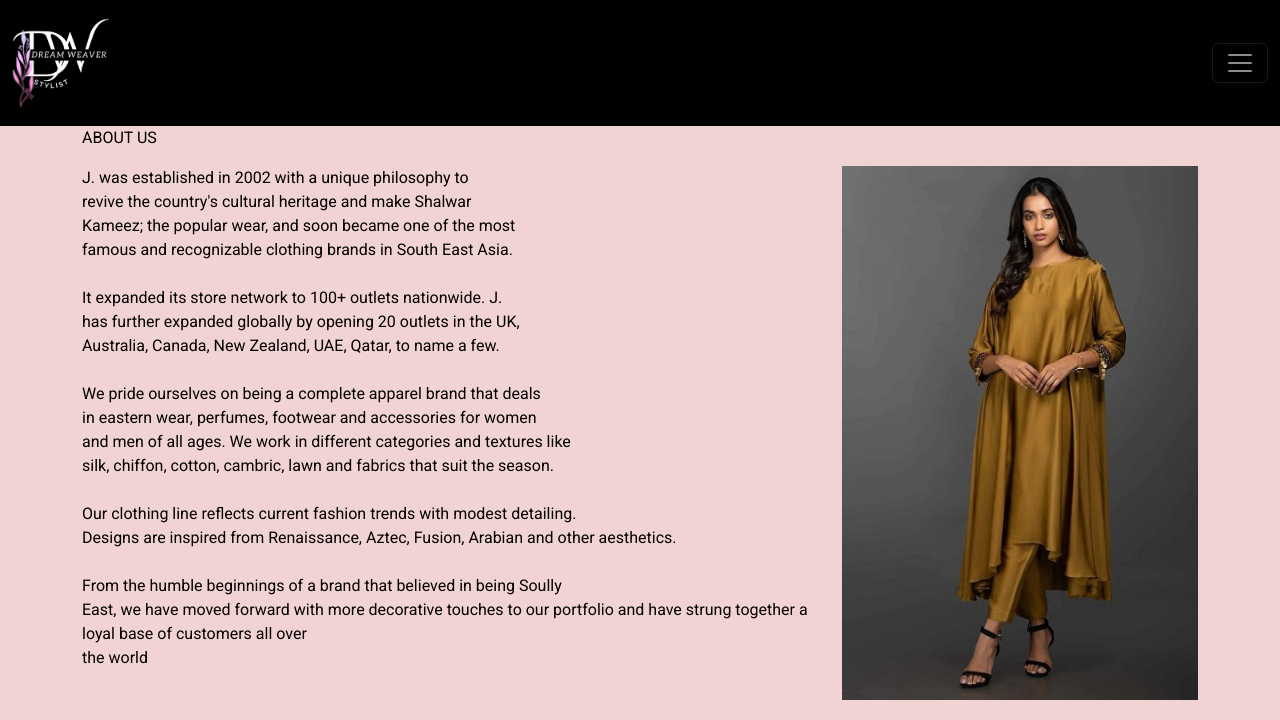
Repository: laibaashraf90/dreamweaver
Page: Source Code/detail.html
An editor plug-in stored every save of this project. The page is shown before and after the next save, followed by the edit.
The browser window is 1280 px wide. The pictures show the whole page.

Above is the page before, as saved 2022-10-29 17:26:02.
Console error: TypeError: Cannot set properties of null (setting 'innerHTML')

### Source Code/detail.html
<!DOCTYPE html>
<html lang="en">
  <head>
    <meta charset="UTF-8">
    <meta http-equiv="X-UA-Compatible" content="IE=edge">
    <meta name="viewport" content="width=device-width, initial-scale=1.0">
    <title>Document</title>
    <link rel="stylesheet" href="./bootstrap-5.2.2-dist/css/bootstrap.min.css">
    <link rel="stylesheet"
      href="https://cdnjs.cloudflare.com/ajax/libs/font-awesome/6.2.0/css/all.min.css">
    <link rel="stylesheet" href="style.css">
  </head>
  <body>
    <!-- Swiper Style start -->

    <!-- Demo styles -->
    <style>
      *{
        margin: 0;
        padding: 0;
      }
       html,

    body {
      position: relative;
      /* height: 100%; */
    }

    body {
      background: #f2d3d3;
      font-family: Helvetica Neue, Helvetica, Arial, sans-serif;
      /* font-size: 14px; */
      color: black;
      margin: 0;
      padding: 0;
    }

    .card {
      color: white;
      font-weight: bold;
      text-align: center;
    }

    .png {
      width: 100px;
      height: 100px;
      margin-bottom: 60%;
    }
 h1{
  background-color: #0B3F32;
    font-size: 30px;
    text-align: center;
    align-items: baseline;
    height: 40px;
    color: aliceblue;
    margin-top: 50px;
    margin-left: 130px;
    width: 50%;
    font-family: Cambria, Cochin, Georgia, Times, 'Times New Roman', serif;
 }
 /* .picdiv{
  background-color: #f2d3d3;
  margin-top: 60px;
  margin-left: 550px;
margin-bottom: 10px;
 } */
    </style>
    <!-- Nav Bar Start -->
    <nav></nav>
    <!-- Nav Bar End -->

    <div class="container">
      <p>ABOUT US <br></p>

      <div class="row">
        <div class="col-sm-8 m-0">
          <p class="m-0">J. was established in 2002 with a unique philosophy to<br>
            revive
            the country's cultural heritage and make
            Shalwar<br>Kameez; the popular wear, and soon became one of the most<br>famous
            and recognizable clothing
            brands in South East Asia.
            <br>
            <br>
            It expanded its store network to 100+ outlets nationwide. J.<br>has
            further expanded globally by opening 20
            outlets in the UK,<br>Australia, Canada, New Zealand, UAE, Qatar, to
            name a few.
            <br>
            <br>
            We pride ourselves on being a complete apparel brand that deals<br>in
            eastern wear, perfumes, footwear and
            accessories for women<br>and men of all ages. We work in different
            categories and textures like<br>silk,
            chiffon, cotton, cambric, lawn and fabrics that suit the season.
            <br>
            <br>
            Our clothing line reflects current fashion trends with modest
            detailing.<br>Designs are inspired from
            Renaissance, Aztec, Fusion, Arabian and other aesthetics.
            <br>
            <br>
            From the humble beginnings of a brand that believed in being Soully<br>East,
            we have moved forward with
            more decorative touches to our portfolio and have strung together a
            loyal base of customers all over<br>the
            world
          </p>
        </div>
        <div class="col-sm-4">
          <img style="width: 100%;" src="./imges/s1.jpg" alt="">
        </div>
      </div>
    </div>



    <!-- <div class="con">
      <div class="para">
        <h1>ABOUT US <br></h1>
        <h2>J. was established in 2002 with a unique philosophy to<br> revive
          the country's cultural heritage and make
          Shalwar<br>Kameez; the popular wear, and soon became one of the most<br>famous
          and recognizable clothing
          brands in South East Asia.
          <br>
          <br>
          It expanded its store network to 100+ outlets nationwide. J.<br>has
          further expanded globally by opening 20
          outlets in the UK,<br>Australia, Canada, New Zealand, UAE, Qatar, to
          name a few.
          <br>
          <br>
          We pride ourselves on being a complete apparel brand that deals<br>in
          eastern wear, perfumes, footwear and
          accessories for women<br>and men of all ages. We work in different
          categories and textures like<br>silk,
          chiffon, cotton, cambric, lawn and fabrics that suit the season.
          <br>
          <br>
          Our clothing line reflects current fashion trends with modest
          detailing.<br>Designs are inspired from
          Renaissance, Aztec, Fusion, Arabian and other aesthetics.
          <br>
          <br>
          From the humble beginnings of a brand that believed in being Soully<br>East,
          we have moved forward with
          more decorative touches to our portfolio and have strung together a
          loyal base of customers all over<br>the
          world
        </h2>
      </div>
      <div class="silk">
        <img src="./imges/s1.jpg" alt="">
      </div>
    </div> -->
    <!-- <div class="smallcard">
      <div class="div1"><img src="./imges/t1.jpg" alt=""></div>
      <div class="picdiv"><img src="./imges/t6.jpg" alt=""></div>
      <div class="div2"><img src="./imges/t2.jpg" alt=""></div>
      <div class="div3"><img src="./imges/thread.jpg" alt=""></div>
      <div class="div4"><img src="./imges/t4.jpg" alt=""></div>
      <div class="div5"><img src="./imges/t3.jpg" alt=""></div>
    </div> -->
    <!-- Footer Start -->
    <!-- <footer></footer> -->
    <!-- Footer End -->
    <script src="./bootstrap-5.2.2-dist/js/bootstrap.min.js"></script>
    <script src="js/header.js"></script>
    <script src="js/footer.js"></script>
  </body>
</html>

### Source Code/style.css
@import url('https://fonts.googleapis.com/css2?family=Roboto&display=swap');
*{
    user-select: none;
    box-sizing: border-box;
    margin: 0;
    padding: 0;
    transition: all 0.3s ease;
    text-decoration: none !important;
    font-family: 'Roboto', sans-serif;
}
html{
    scroll-behavior: smooth;
}
body{
    background-color: rgb(245, 208, 214);
}
nav{
    background-color: black !important;
}
nav .logo{
    width: 100px;
}
nav .navbar-toggler:focus{
    box-shadow: none;
}
.nav1{
    background-color: #0B3F32;
    margin-top: 50px;
    font-size: 25px;
    text-align: center;
    align-items: baseline;
    height: 40px;
    color: aliceblue;
    margin-left: 20px;
    margin-right: 20px;
    font-family: Cambria, Cochin, Georgia, Times, 'Times New Roman', serif;
}
.nav2{
    background-color: #0B3F32;
    font-size: 25px;
    text-align: center;
    align-items: baseline;
    height: 40px;
    color: aliceblue;
    margin-top: 40px;
    margin-left: 20px;
    margin-right: 20px;
    font-family: Cambria, Cochin, Georgia, Times, 'Times New Roman', serif;

}
.nav3{
    background-color: #0B3F32;
    font-size: 25px;
    text-align: center;
    align-items: baseline;
    height: 40px;
    color: aliceblue;
    margin-top: 50px;
    margin-left: 20px;
    margin-right: 20px;
    font-family: Cambria, Cochin, Georgia, Times, 'Times New Roman', serif;
}
.nav4{
    background-color: #0B3F32;
    font-size: 25px;
    text-align: center;
    align-items: baseline;
    height: 40px;
    color: aliceblue;
    margin-top: 40px;
    margin-left: 20px;
    margin-right: 20px;
    font-family: Cambria, Cochin, Georgia, Times, 'Times New Roman', serif;
}
.nav5{
    background-color: #0B3F32;
    font-size: 25px;
    text-align: center;
    align-items: baseline;
    height: 40px;
    color: aliceblue;
    margin-top: 40px;
    margin-left: 20px;
    margin-right: 20px;
    font-family: Cambria, Cochin, Georgia, Times, 'Times New Roman', serif;
}
.nav6{
    background-color: #0B3F32;
    font-size: 25px;
    text-align: center;
    align-items: baseline;
    height: 40px;
    color: aliceblue;
    margin-top: 40px;
    margin-left: 20px;
    margin-right: 20px;
    font-family: Cambria, Cochin, Georgia, Times, 'Times New Roman', serif;
}
h5{
    color: black;
    font-size: 30px;
    font-weight: bolder;
    font-family: Cambria, Cochin, Georgia, Times, 'Times New Roman', serif;

}
.BTN1{
  font-size: large;
    background-color:#0B3F32;
    font-weight: bold;
    font-family:Cambria, Cochin, Georgia, Times, 'Times New Roman', serif;
}
.BTN2{
    background-color:#0B3F32;
    font-size: large;
    font-weight: bold;
    font-family:Cambria, Cochin, Georgia, Times, 'Times New Roman', serif;
    color: white;
}
.BTN1:hover{
background-color: #0B3F32;
font-family: monospace;
}
.BTN2:hover{
    background-color: #0B3F32;
    font-family: monospace;
    font-size: large;
    font-weight: bold;
    color: white;
}
.cardsection{
    border-radius: 10px;
    background-color: white;
    background: rgba( 255, 255, 255, 0.25 );
    box-shadow: 0 8px 32px 0 rgba( 31, 38, 135, 0.37 );
    backdrop-filter: blur( 4px );
    -webkit-backdrop-filter: blur( 4px );
    border-radius: 10px;
    border: 1px solid rgba( 255, 255, 255, 0.18 );
}
.text-center{
    size: 100%;
    color:gray;
    text-align: center;
}
.star1:hover{
    color: gold;
}
.star2:hover{
    color: gold;
}
.star3:hover{
    color: gold;
}
.star4:hover{
    color: gold;
}
.star5:hover{
    color: gold;
}
.star6:hover{
    color: gold;
}
.card-title{
    text-align: center;
    font-size: 20px;
}
.text-center1{
    text-align: center;
 font-size: 30px;
 font-family: Cambria, Cochin, Georgia, Times, 'Times New Roman', serif;
}
.card-img-top {
    border-radius: 20px;
    margin-top: 5%;
}
.home{
    transition: 2s;
}
.home:hover{
transform: scale(1.2);
/*(150% zoom - Note: if the zoom is too large, it will go outside of the viewport)*/
}




.con{
    display: grid;
    grid-template-columns: 1fr 1fr ;
    grid-template-rows: 300px 300px ;
}
.silk{
    width: 50%;
    height: 600px;
    margin-top: 150px;
    margin-left: 0px;
}
h1{
    background-color: #0B3F32;
margin-top: 60px;
    text-align: center;
    font-family: Cambria, Cochin, Georgia, Times, 'Times New Roman', serif;
    font-weight: bold;
    font-size: 25px;
}
h2{
    width: 550px;
    margin-top: 60px;
    font-size: medium;
    font-weight:bold;
    font-family: Cambria, Cochin, Georgia, Times, 'Times New Roman', serif;
}
.div1{
    background-color: #0B3F32;
    width: 150px;
    height: 100px;
margin-top: 10px;
}
.div2{
    background-color: #0B3F32;
    width: 150px;
    height: 100px;
margin-top: -470px;
}
.div3{
    background-color: #0B3F32;
    width: 150px;
    height: 100px;
margin-top: 25px;
}
.div4{
    background-color: #0B3F32;
    width: 150px;
    height: 100px;
margin-top: 20px;
}
.div5{
    background-color: #0B3F32;
    width: 150px;
    height: 100px;
margin-top: 25px;
margin-bottom: 20px;
}

.pic{
background-color: #0B3F32;
width: 660%;
height: 600px;
margin-top:-600px;
margin-left:670px;
}
footer{
    background: #0B3F32 ;
}
footer .logo{
    width: 120px;
    border-radius: 10px;
    box-shadow: 0 5px 10px rgba(0, 0, 0, 0.8);
}
footer .title{
    font-size: 2.0em;
    font-weight: bold;
    color: #fff;
    text-transform: uppercase;
}
footer .desc{
    margin-left: 10px;
    text-align: justify;
    font-weight: bold;
    color: rgba(214, 214, 214, 0.705);
    font-size: 1.0em;
}
footer .linkContainer{
    display: flex;
    flex-direction: column;
    align-items: flex-start;
    justify-content: center;
}
footer .linkContainer a{
    text-decoration: none;
    text-transform: capitalize;
    color: rgba(255, 255, 255, 0.589);
    width: 100%;
    text-align: center;
    font-size: 1.2em;
    border-radius: 5px;
    box-shadow: 0 0 10px rgba(0, 0, 0, 0.3) inset;
    padding: 5px 0;
    margin: 3px 0;
}
footer .linkContainer a:hover{
    letter-spacing: 1px;
}
footer input{
    width: 100%;
    border: 2px solid #fff !important;
    box-shadow: 0 0 10px rgba(0, 0, 0, 0.2) inset !important;
    background-color: rgba(255, 255, 255, 0.253) !important;
    color: rgba(255, 255, 255, 0.8) !important;
    text-transform: lowercase !important;
    margin-bottom: 10px !important;
    padding: 5px;
    border-radius: 5px;
    outline: none;
}
footer input::placeholder{
    color: rgba(255, 255, 255, 0.6);
}
footer button{
    outline: none;
    font-size: 1.0em;
    margin-top: 0px;
    width: auto;
    border-radius: 50px;
    background-color: rgba(70, 145, 68, 0.5) !important;
    color: rgba(255, 255, 255, 0.8) !important;
    border: 2px solid #fff !important;
    padding: 5px;
}
footer .social-icons{
    color: rgba(255, 255, 255, 0.5);
    text-shadow: 0 2px 5px rgba(0, 0, 0, 0.5);
}
footer .social-icons i{
    font-size: 1.8em;
}

footer .znc{
    color: #fff;
}
.productImg{
    height: 100%;
    width: 100%;
    object-fit: cover;
}
.modPos{
    position: absolute;
    z-index: 10000;
}

### Source Code/js/header.js
document.querySelector("nav").classList.add("bfs")
document.querySelector("nav").classList.add("navbar")
document.querySelector("nav").classList.add("navbar-dark")
document.querySelector("nav").classList.add("sticky-top")
document.querySelector("nav").innerHTML=`
<div class="container-fluid">
      <a class="navbar-brand" href="">
        <img class="logo" src="./images/D.png">
      </a>
      <button class="navbar-toggler" type="button" data-bs-toggle="offcanvas" data-bs-target="#offcanvasDarkNavbar"
        aria-controls="offcanvasDarkNavbar">
        <span class="navbar-toggler-icon"></span>
      </button>
      <div class="offcanvas offcanvas-end text-bg-dark navbar-collapse" tabindex="-1" id="offcanvasDarkNavbar"
        aria-labelledby="offcanvasDarkNavbarLabel">
        <div class="offcanvas-header">
          <h5 class="offcanvas-title" id="offcanvasDarkNavbarLabel">Dark offcanvas</h5>
          <button type="button" class="btn-close btn-close-white" data-bs-dismiss="offcanvas"
            aria-label="Close"></button>
        </div>
        <div class="offcanvas-body">
          <ul class="navbar-nav justify-content-end flex-grow-1 pe-3">
            <li class="nav-item">
              <a class="nav-link active" aria-current="page" href="./index.html">Home</a>
            </li>
            <li class="nav-item">
              <a class="nav-link" href="./Orient _ Gul-Ahmed collection.html">Orient & Gul-Ahmed Women Collection</a>
            </li>


            <li class="nav-item">
              <a class="nav-link" href="./j.Asim Jofa Wedding Collection.html">J. & Asim Jofa Women Wedding
                Collection</a>
            </li>

            <li class="nav-item">
              <a class="nav-link" href="./women Jeans.html">Out Fitters & Zara's Women Jeans Collection</a>
            </li>

            <li class="nav-item">
              <a class="nav-link" href="j. mens formal_Wedding Collection.html">J.mens formal&Wedding Collection</a>
            </li>

            <li class="nav-item">
              <a class="nav-link" href="./gulahmedmens.html">Gul-Ahmed Mens Collection</a>
            </li>

            <li class="nav-item">
              <a class="nav-link" href="./mensjeans.html">Zara's Mens Shirts & Paint Collection</a>
            </li>


            <li class="nav-item">
              <a class="nav-link" href="./comparing.html">Comparing Page</a>
            </li>

            <li class="nav-item">
              <a class="nav-link" href="./detail.html">Details</a>
            </li>


            <li class="nav-item">
              <a class="nav-link" href="./contact.html">Contact</a>
            </li>

          </ul>

        </div>

`

### Source Code/js/footer.js
document.querySelector("footer").innerHTML = `
<div class="container py-5">
      <div class="row">
        <div class="col-md-4 d-flex align-items-center">
          <a href="index.html">
            <img class="logo" src="./images/D.png">
          </a>
          <p class="desc">This is Dream Weaver. We provide service of cloths.</p>
        </div>
        <div class="col-md-2">
          <h3 class="title">links</h3>
          <div class="linkContainer">
            <a href="./index.html">Home Page</a>
            <a href="./detail.html">Detail </a>
            <a href="./contact.html">ContactUs</a>
            <a href="./Comparing.html">Comparing</a>
          </div>
        </div>
        <div class="col-md-3">
          <h3 class="title">newslatter</h3>
          <form class="d-flex justify-content-center flex-column">
            <input type="email" maxlength="30" placeholder="Your Email Address" required>
            <button type="submit">SUBSCRIBE NOW</button>
          </form>
        </div>
        <div class="col-md-3 d-flex justify-content-center flex-column align-items-center">
          <h3 class="title">contact</h3>
          <p class="znc">02,shah faisal colony<br>
            3218 karachi, <br>Pakistan karachi</p>
          <div class="social-icons">
            <i class="fa-brands fa-facebook"></i>
            <i class="fa-brands fa-twitter"></i>
            <i class="fa-brands fa-instagram"></i>
            <i class="fa-brands fa-whatsapp"></i>
          </div>
        </div>
      </div>
    </div>
`

Loaded but not shown: Source Code/bootstrap-5.2.2-dist/css/bootstrap.min.css (library); Source Code/bootstrap-5.2.2-dist/js/bootstrap.min.js (library)

After the next save:
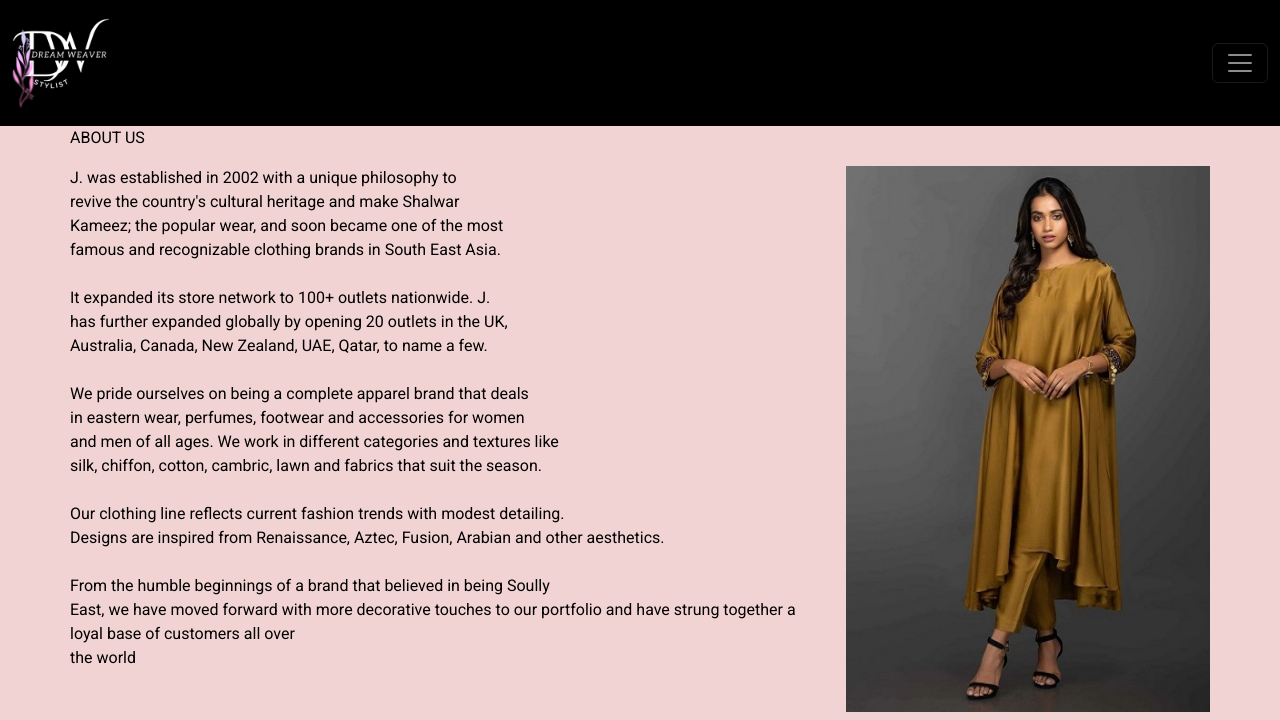
Saved 21 s later.
--- a/Source Code/detail.html
+++ b/Source Code/detail.html
@@ -69,7 +69,7 @@
     <nav></nav>
     <!-- Nav Bar End -->
 
-    <div class="container">
+    <div class="container p-0">
       <p>ABOUT US <br></p>
 
       <div class="row">
